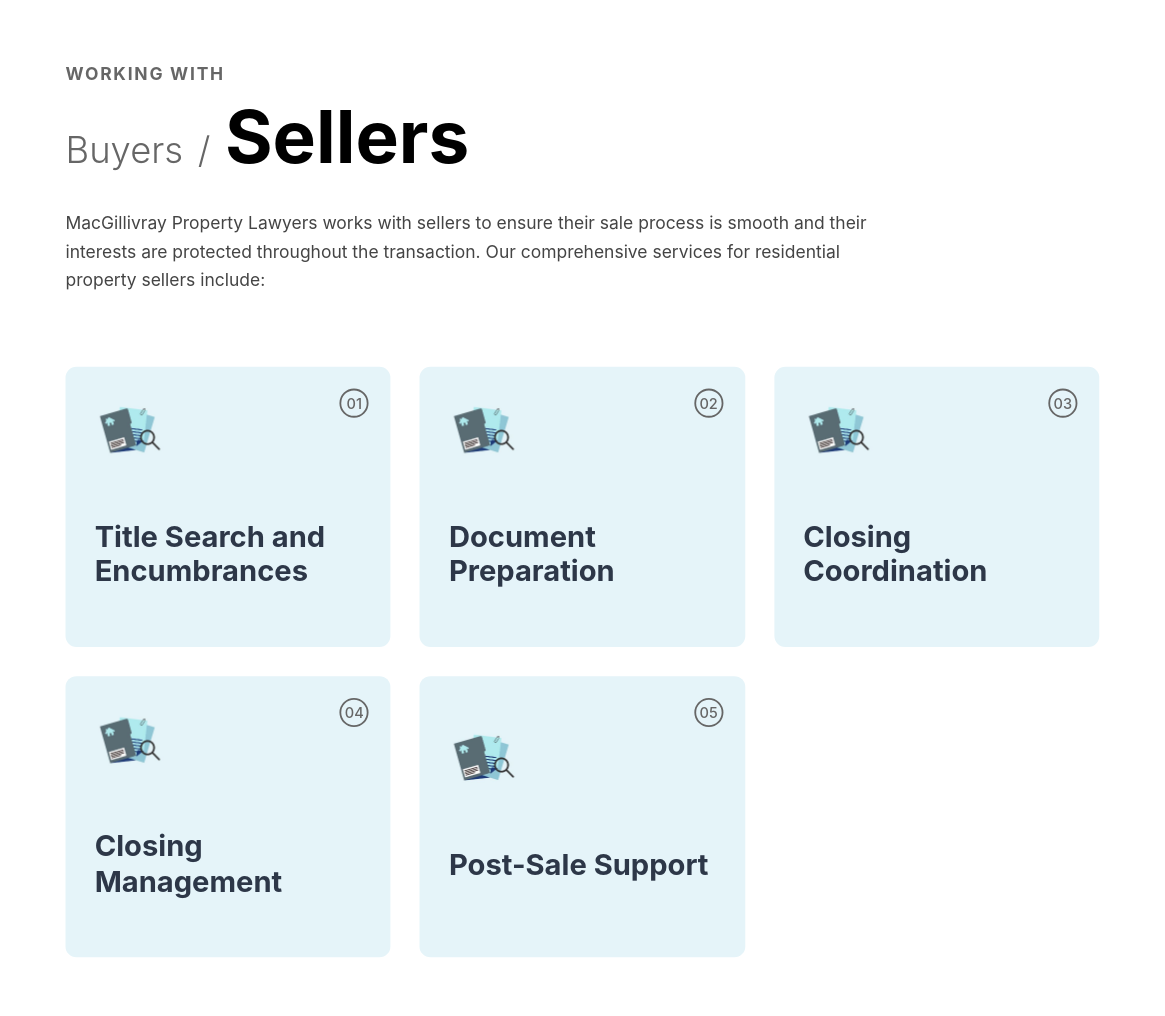
Repository: mibma/alphavent
Page: /sellers
The author's editor kept a copy of each file at every save. The page is drawn from the files as they stood at one save, then again after the next save.
The browser window is 1280 px wide. The pictures show the whole page, at 91% of full size.
The project was rebuilt for these pictures with package versions that can differ from the ones it lists, and the page was loaded fresh each time. The framework's server and built-in components were replaced by stand-ins that run in the browser.

Above is the page before, as saved 2025-04-22 23:27:48.

After the next save:
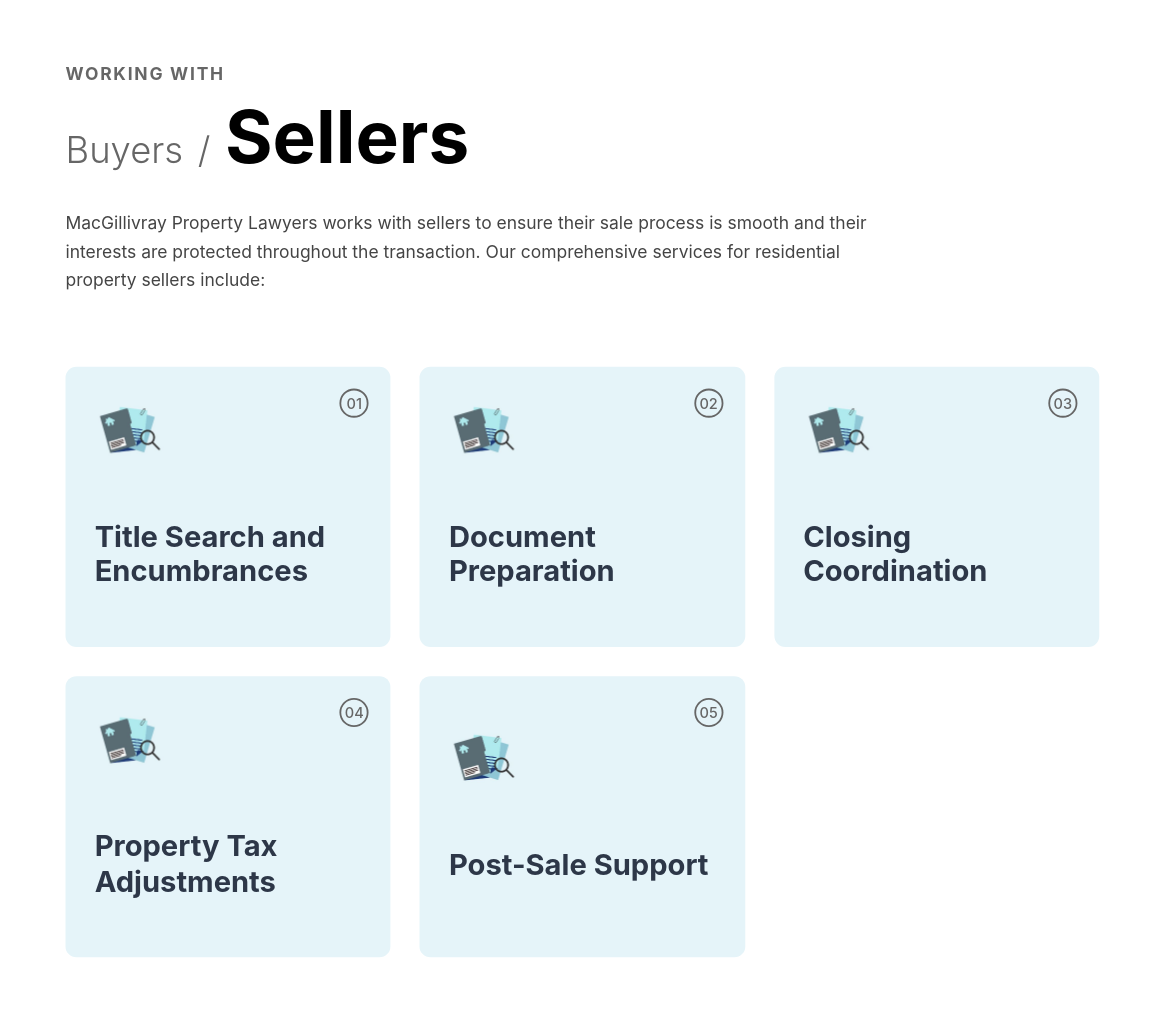
Saved 15 s later.
--- a/pages/sellers.js
+++ b/pages/sellers.js
@@ -21,7 +21,7 @@ const sellerServices = [
   },
   {
     id: '04',
-    title: 'Closing Management',
+    title: 'Property Tax Adjustments',
     icon: '/Capture.JPG'
   },
   {
